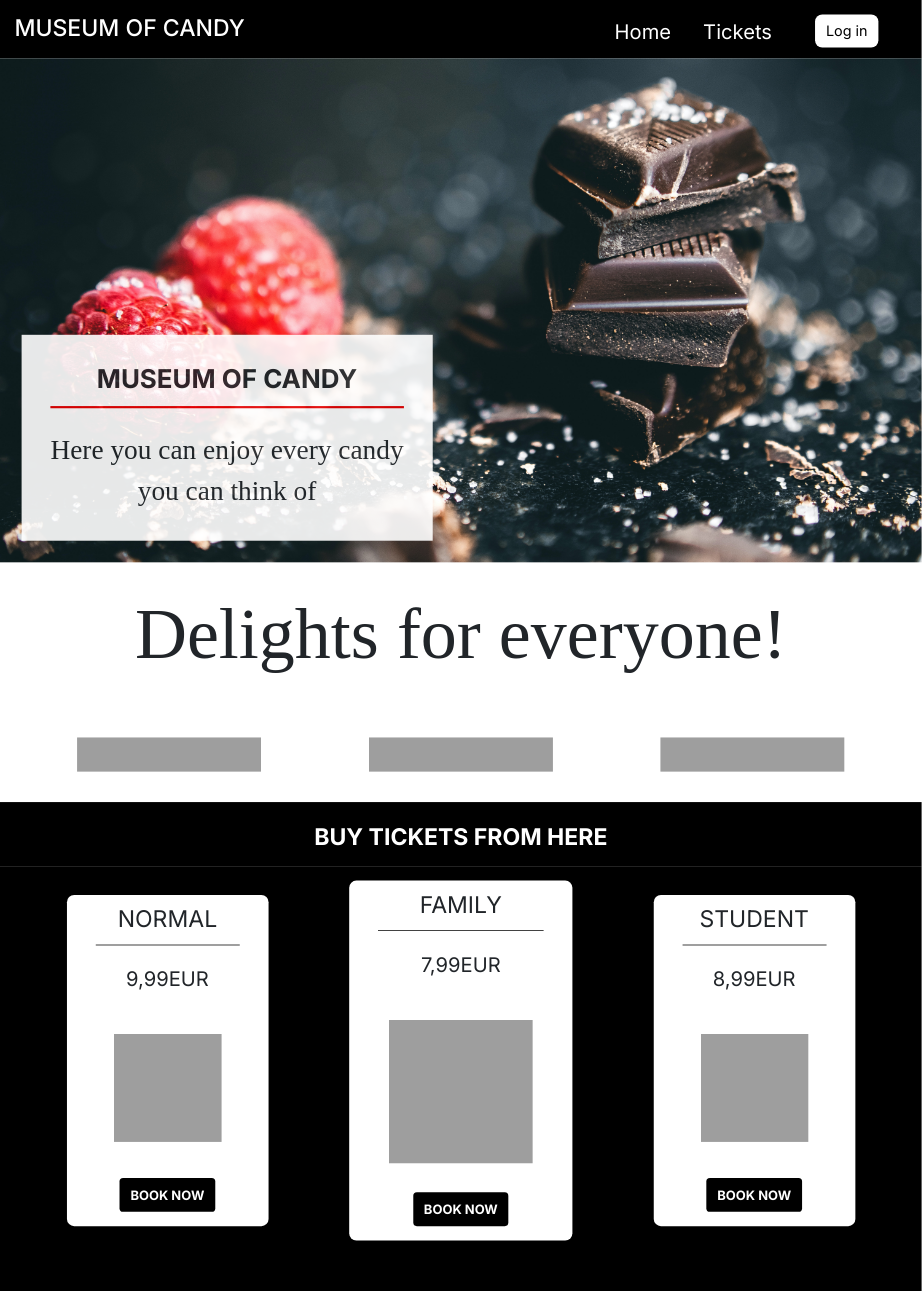
Repository: m-koparanova/MuseumOfCandy
Page: index.html
An editor plug-in stored every save of this project. The page is shown before and after the next save, followed by the edit.
The browser window is 1280 px wide. The pictures show the part of the page from y = 0 to 1793 px (the page is 2533 px tall before and 2645 px after), at 72% of full size.
Pictures or frames that could not be fetched are drawn as grey boxes. A picture or video elsewhere on the page could not be fetched, so the positions and the page height are approximate. Some web fonts or font styles are not loaded; a fallback is used.

Above is the page before, as saved 2023-03-06 12:01:46.

### index.html
<!DOCTYPE html>
<html lang="en">
<head>
    <meta charset="UTF-8">
    <meta http-equiv="X-UA-Compatible" content="IE=edge">
    <meta name="viewport" content="width=device-width, initial-scale=1.0">
    <title>MUSEUM OF CANDY</title>

    <link rel="stylesheet" href="https://cdn.jsdelivr.net/npm/bootstrap@4.6.2/dist/css/bootstrap.min.css" integrity="sha384-xOolHFLEh07PJGoPkLv1IbcEPTNtaed2xpHsD9ESMhqIYd0nLMwNLD69Npy4HI+N" crossorigin="anonymous">
    <link rel="stylesheet" href="style.css">

</head>
<body>
    <nav class="nav-bar">
        <h2 class="logo">MUSEUM OF CANDY</h2>
        <div class="top-nav">

            <ul>
                <li class="nav"><a href="#">Home</a></li>
                <li class="nav"><a href="#">Tickets</a></li>
            </ul>
            <button class="button">Log in</button>
        </div>

    </nav>

    <tbody>
        <div class="image-container">
            <img src="pics\pexels-lisa-fotios-918327.jpg" alt="" class="image">
            <div class="text-container">
                <h3>MUSEUM OF CANDY</h3>
                <hr>
                <p>Here you can enjoy every candy<br>you can think of</p>
            </div>
        </div>

        <div>
            <h2 class="delights-text" id="delights-text">Delights for everyone!</h2>
        </div>

        <div class="gallery">
            <img src="C:\Users\Magda\Desktop\code\pics\pexels-anna-tukhfatullina-food-photographerstylist-2638026.jpg" alt="" width="280" height="355">
            <img src="C:\Users\Magda\Desktop\code\pics\pexels-photo-1775285.webp" alt="" width="280" height="355">
            <img src="C:\Users\Magda\Desktop\code\pics\resized-cookie.jpg" alt="" width="280" height="355">
        </div>

        <h2 class="buy-tickets">BUY TICKETS FROM HERE</h2>
        <div class="ticket-container">
            <div class="ticket">
                <h2>NORMAL</h2>
                <hr>
                <h2 class="price">9,99EUR</h2>

                <div class="icon">
                    <img src="C:\Users\Magda\Desktop\code\pics\cotton-candy.png" width="150" height="150" alt="">

                </div>

                <div class="ticket-button">
                    <button class="book-now">BOOK NOW</button>
                </div>
            </div>




            <div class="ticket" id="family">
                <h2>FAMILY</h2>
                <hr>
                <h2 class="price">7,99EUR</h2>

                <div class="icon-family">
                    <img src="C:\Users\Magda\Desktop\code\pics\sweets.png" width="200" height="200" alt="">

                </div>

                <div class="ticket-button">
                    <button class="book-now">BOOK NOW</button>
                </div>
            </div>

            <div class="ticket">
                <h2>STUDENT</h2>
                <hr>
                <h2 class="price">8,99EUR</h2>

                <div class="icon">
                    <img src="C:\Users\Magda\Desktop\code\pics\lollipop.png" width="150" height="150" alt="">

                </div>

                <div class="ticket-button">
                    <button class="book-now">BOOK NOW</button>
                </div>


            </div>
        </div>


            <div class="socials">

                <hr>

                <div>
                    <img src="C:\Users\Magda\Desktop\code\pics\twitter.png" alt="" class="twitter">
                    <img src="C:\Users\Magda\Desktop\code\pics\email.png"  alt="">
                    <img src="C:\Users\Magda\Desktop\code\pics\facebook.png" alt="">
                </div>
            </div>





    </tbody>


    <script src="https://cdn.jsdelivr.net/npm/jquery@3.5.1/dist/jquery.slim.min.js" integrity="sha384-DfXdz2htPH0lsSSs5nCTpuj/zy4C+OGpamoFVy38MVBnE+IbbVYUew+OrCXaRkfj" crossorigin="anonymous"></script>
    <script src="https://cdn.jsdelivr.net/npm/bootstrap@4.6.2/dist/js/bootstrap.bundle.min.js" integrity="sha384-Fy6S3B9q64WdZWQUiU+q4/2Lc9npb8tCaSX9FK7E8HnRr0Jz8D6OP9dO5Vg3Q9ct" crossorigin="anonymous"></script>

</body>
</html>

### style.css
@import url('https://fonts.googleapis.com/css2?family=Inter:wght@100;200;300;400;500;600;700;800;900&display=swap');
@import url('https://fonts.googleapis.com/css2?family=Italianno&display=swap');


*{
    margin: 0;
    padding: 0;
}

.nav-bar{
    background: black;
}

.logo {
    font-family: 'Inter', sans-serif, bold;
    color: white;
    position: absolute;
    margin-top: 20px;
    margin-left: 20px;
}

.top-nav{
    display: flex;
    align-items: end;
    justify-content: end;
    padding-top: 20px;
    padding-left: 20px;

}

.top-nav ul li{
    display: inline-block;
    list-style-type: none;
    padding-left: 20px;
    padding-right: 20px;
    font-family: 'Inter', sans-serif;
    font-size: 28px;
}

.top-nav ul li a{
    text-decoration: none;
    color: white;
}

.top-nav ul li a:hover{
    color: rgb(215, 5, 5);
    transition: .3s;
}

.button{
    font-size: 20px;
    border: none;
    background: white;
    border-radius: 10px;
    padding: 8px 15px 8px 15px;
    margin-right: 60px;
    margin-left: 40px;
    margin-bottom: 15px;
    font-family: 'Inter', sans-serif;
    text-align: center;
}

.button:hover{
    background: rgb(215, 5, 5);
    color: white;
}

.image-container {
    position: relative;
    text-align: center;
}

.image{
    object-fit: cover;
    width: 100%;
    height: 700px;
}

.text-container{
    position: absolute;
    bottom: 30px;
    left: 30px;
    background: white;
    opacity: 90%;
    padding: 40px 40px 40px 40px ;
}

.image-container div hr{
    border-width: 3px;
    opacity: 100%;
    background: red;
}
.image-container div h3{
    font-family: "Inter", sans-serif;
    font-size: 36px;
    font-weight: 700;
}

.image-container div p{
    font-family: 'Italianno', cursive;
    font-size: 38px;
    margin-top: 30px;
    margin-bottom: 0px;
}

.delights-text{
    font-family: 'Italianno', cursive;
    text-align: center;
    margin: 40px 0px 40px 0px;
    font-size: 100px;
}

.gallery{
    display: flex;
    justify-content: space-evenly;
}

.gallery img{
    width: 20%;
    margin: calc(20%/6);
}

.buy-tickets{
    background-color: black;
    color: white;
    font-family: 'Inter', sans-serif;
    font-size: 32px;
    padding: 30px 20px 20px 20px;
    text-align: center;
    font-weight: 700;
    margin: 0px;
}

.ticket-container{
    background: black;
    display: flex;
    align-items: center;
    justify-content: space-evenly;
    padding-bottom: 60px;

}

.ticket{
    background: white;
    margin: 20px;
    padding-left: 40px;
    padding-right: 40px;
    padding-bottom: 20px;
    border-radius: 10px;

}

.ticket:hover{
    background-color: rgb(246, 205, 0);
    color: white;
    transition: 0.5s;
}

.ticket h2{
    text-align: center;
    font-family: 'Inter', sans-serif;
    font-weight: 400;
    top: 10px;
    padding: 15px 20px 0px 20px;

}

.ticket hr{
    border-width: 1px;
    opacity: 100%;
    background: black;
}

.price{
    font-family: 'Inter', sans-serif;
    font-weight: 200;
    font-style: normal;
    font-size: 28px;
}

.icon{
    padding: 50px 25px 50px 25px;
}
.ticket-button{
    margin: 0px;
    padding: 0px;
    text-align: center;

}

.book-now{
    border: none;
    background: black;
    color: white;
    border-radius: 5px;
    font-family: 'Inter', sans-serif;
    font-weight: 700;
    padding: 10px 15px 10px 15px;
    font-size: 18px;

}

.book-now:hover{
    background: rgb(255, 255, 255);
    color: rgb(0, 0, 0);
    transition: .3s;
}
.icon-family{
    padding: 50px 15px 40px 15px;

}
.socials{
    display: flex;
    margin-top: 10px;
    background: black;
    justify-content: center;

}

.socials img{
    padding: 25px;
    cursor: pointer;
}

.twitter{
    margin-top: 20px;
}

@media screen and (min-width: 1080px){
    .gallery img{
        height: 3rem;
    }
}

After the next save:
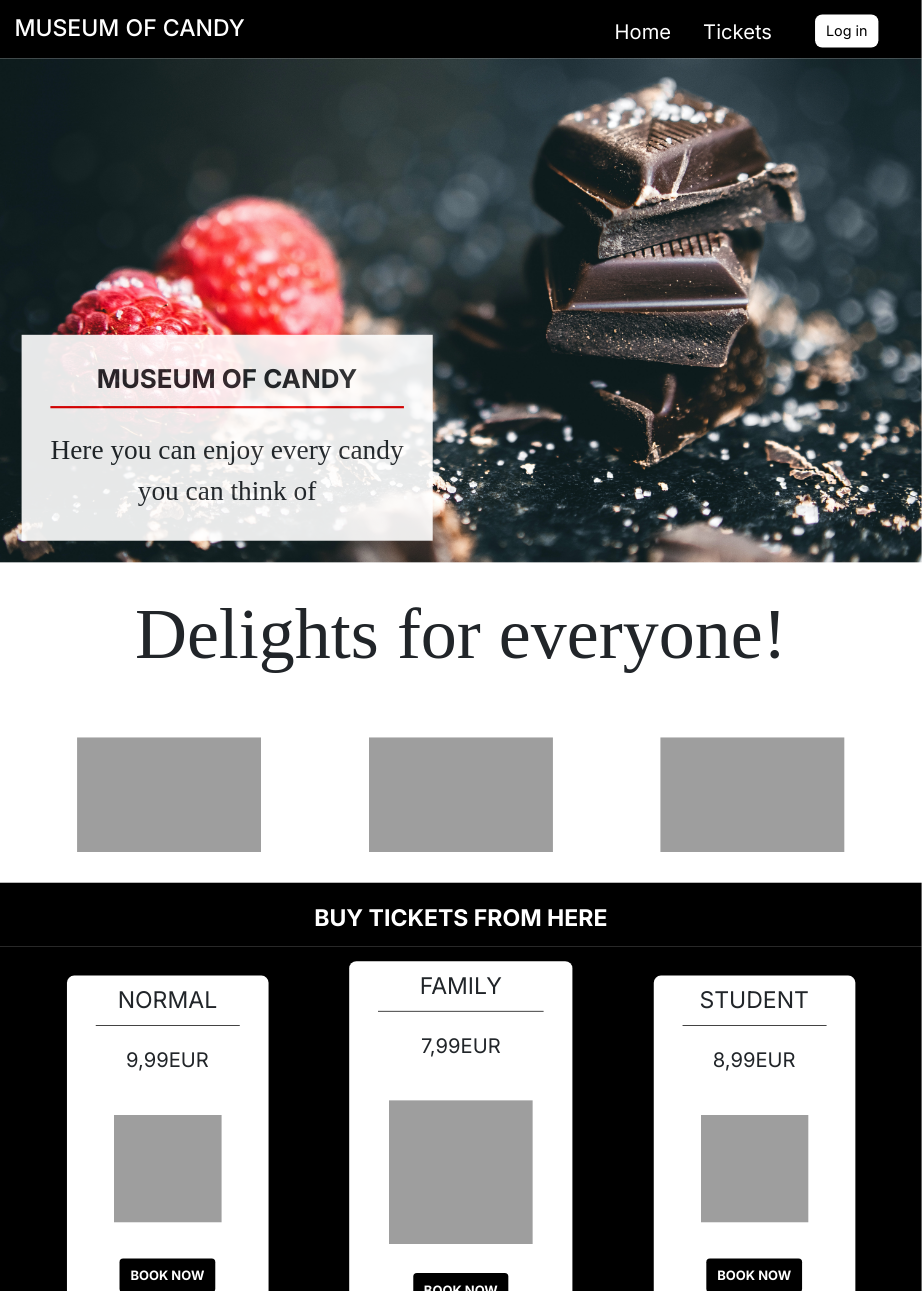
Saved 13 s later.
--- a/style.css
+++ b/style.css
@@ -228,6 +228,6 @@
 
 @media screen and (min-width: 1080px){
     .gallery img{
-        height: 3rem;
+        height: 10rem;
     }
 }
